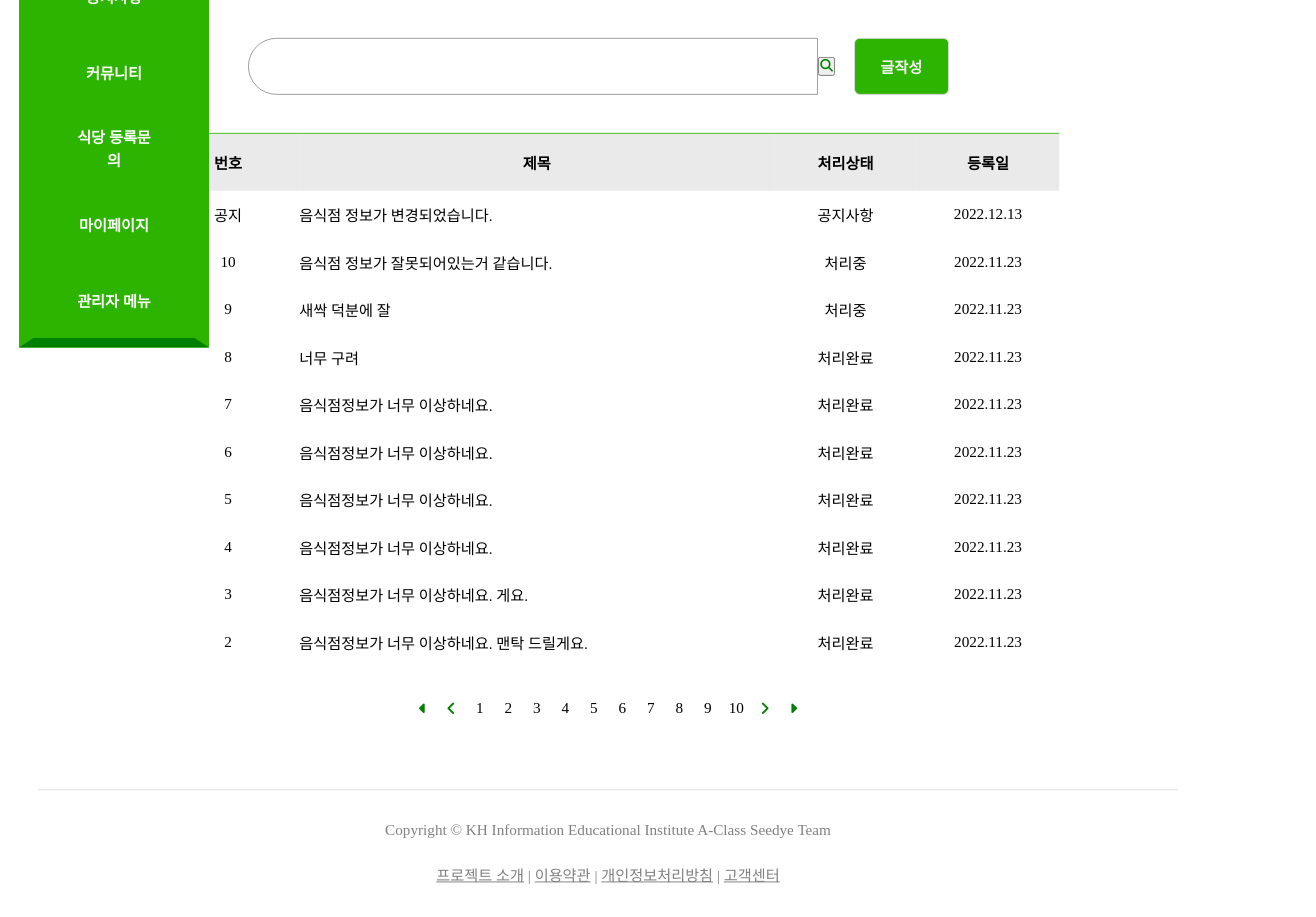
Repository: Seedye/Seedye
Page: team/src/main/webapp/html/board/board-list.html
An editor plug-in stored every save of this project. The page is shown before and after the next save, followed by the edit.
The browser window is 1280 px wide. The page is 1385 px wide, so the pictures cover 1385 px, including what lies to the right of the window. The pictures show the part of the page from y = 423 to 1388 px (the page is 1388 px tall), at 95% of full size.
Some web fonts or font styles are not loaded; a fallback is used. Some web libraries are served in a nearby version.

Above is the page before, as saved 2022-12-30 10:37:34.

After the next save:
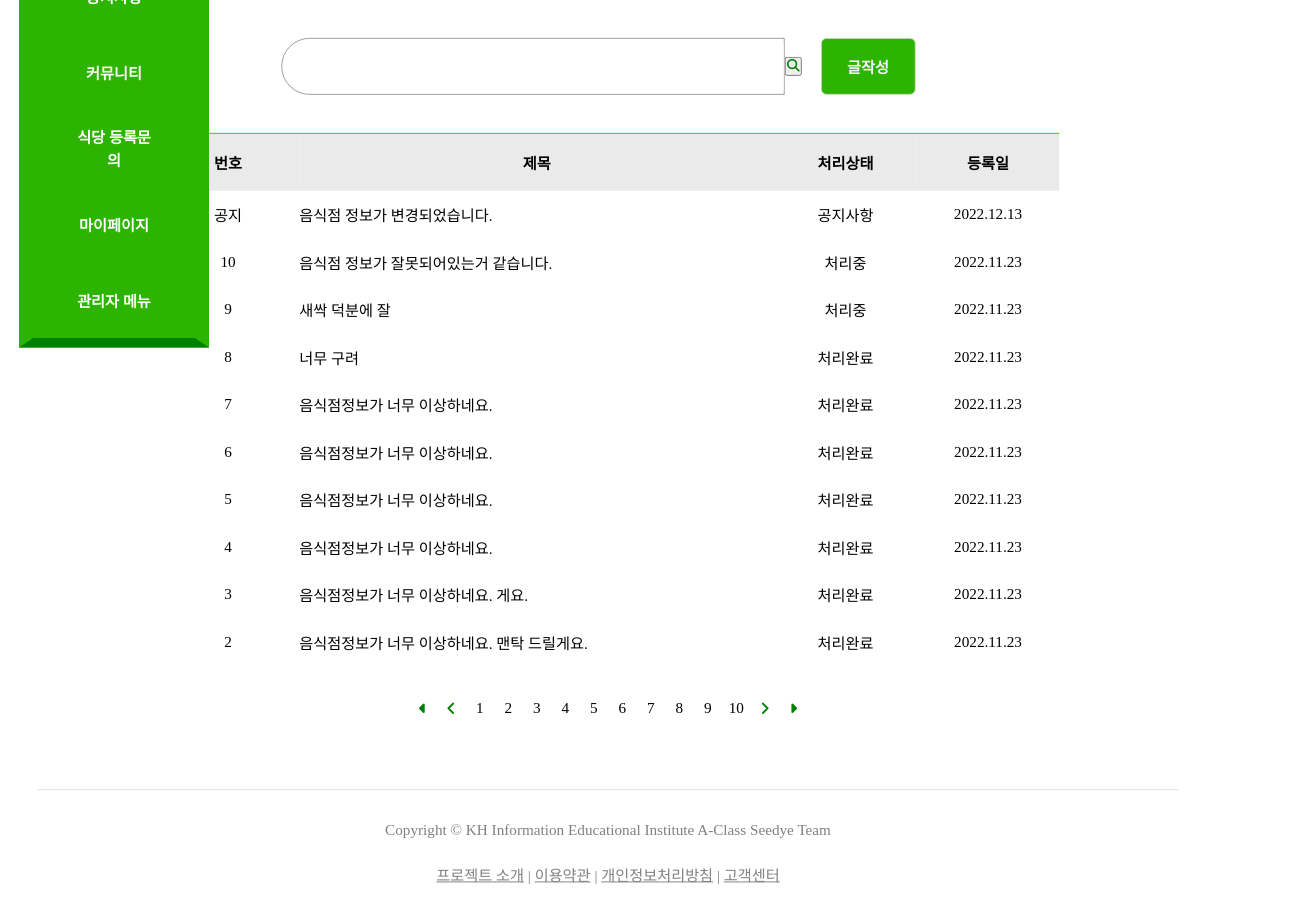
Saved 51 s later.
--- a/team/src/main/webapp/resources/css/board/boardList-style.css
+++ b/team/src/main/webapp/resources/css/board/boardList-style.css
@@ -34,8 +34,8 @@
 }
 .board-list-serch{
   width: 50vw;
-  min-width: 400px;
-  max-width: 600px;
+  min-width: 530px;
+  max-width: 500px;
   height: 60px;
   border-radius: 30px 0 0 30px;
   border: 1px solid rgba(0, 0, 0, 0.4);
